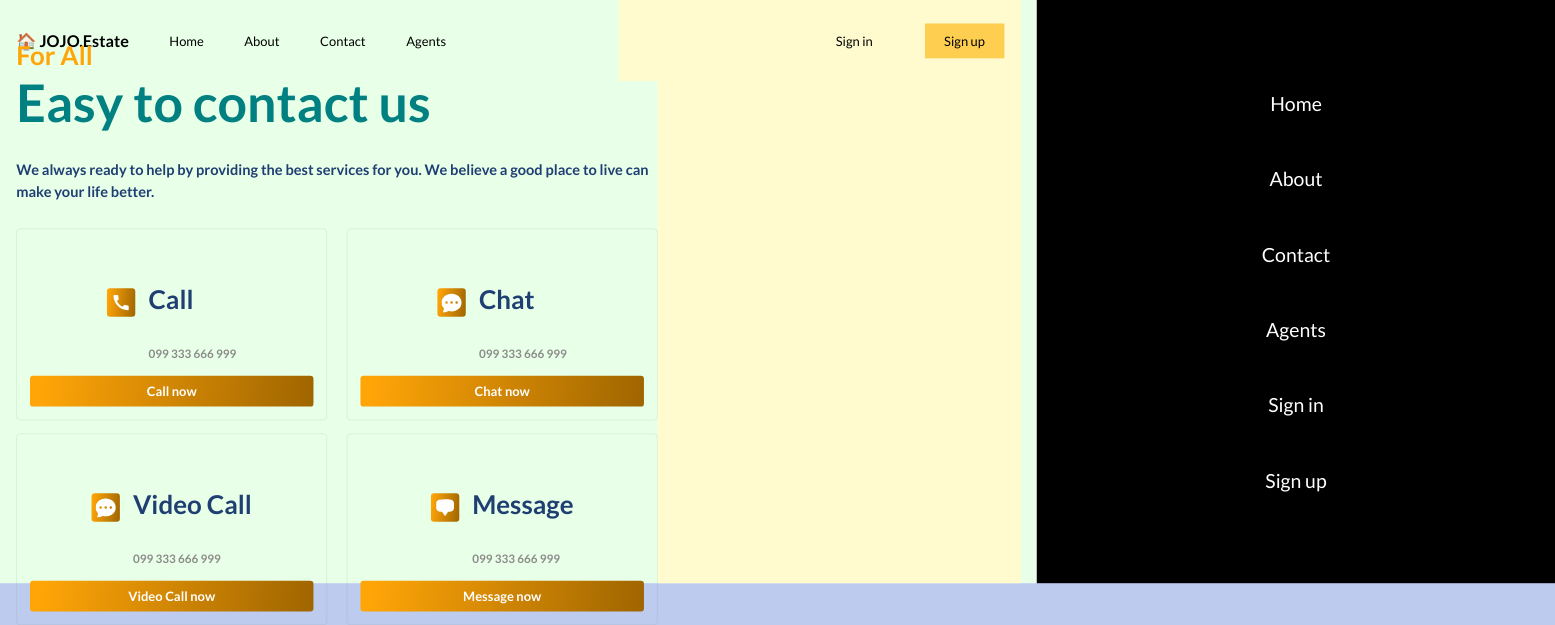
Repository: AiTrinh303/JOJO-estate
Page: /contact (app in client/)
These files come from the project's save history. The page is drawn as it stood at one moment and after the next save; the edit follows.
The browser window is 1280 px wide. The page is 1920 px wide, so the pictures cover 1920 px, including what lies to the right of the window. The pictures show the whole page, at 81% of full size.
The page's requests for data from a server got no answer. The project was rebuilt for these pictures with package versions that can differ from the ones it lists, and the page was loaded fresh each time. No one was signed in, and anything a server would have sent is missing. Also part of the build but not shown: client/vite.config.js, client/src/components/searchBar/searchBar.scss, client/src/components/searchBar/SearchBar.jsx, client/src/routes/homePage/homePage.scss, client/src/routes/homePage/homePage.jsx, client/src/routes/listPage/listPage.scss, client/src/components/filter/filter.scss, client/src/components/filter/Filter.jsx and 30 more. Imported but missing from the stored project, and not drawn on this page: client/src/components/uploadWidget/UploadWidget.

Above is the page before, as saved 2024-10-15 14:58:10.

After the next save:
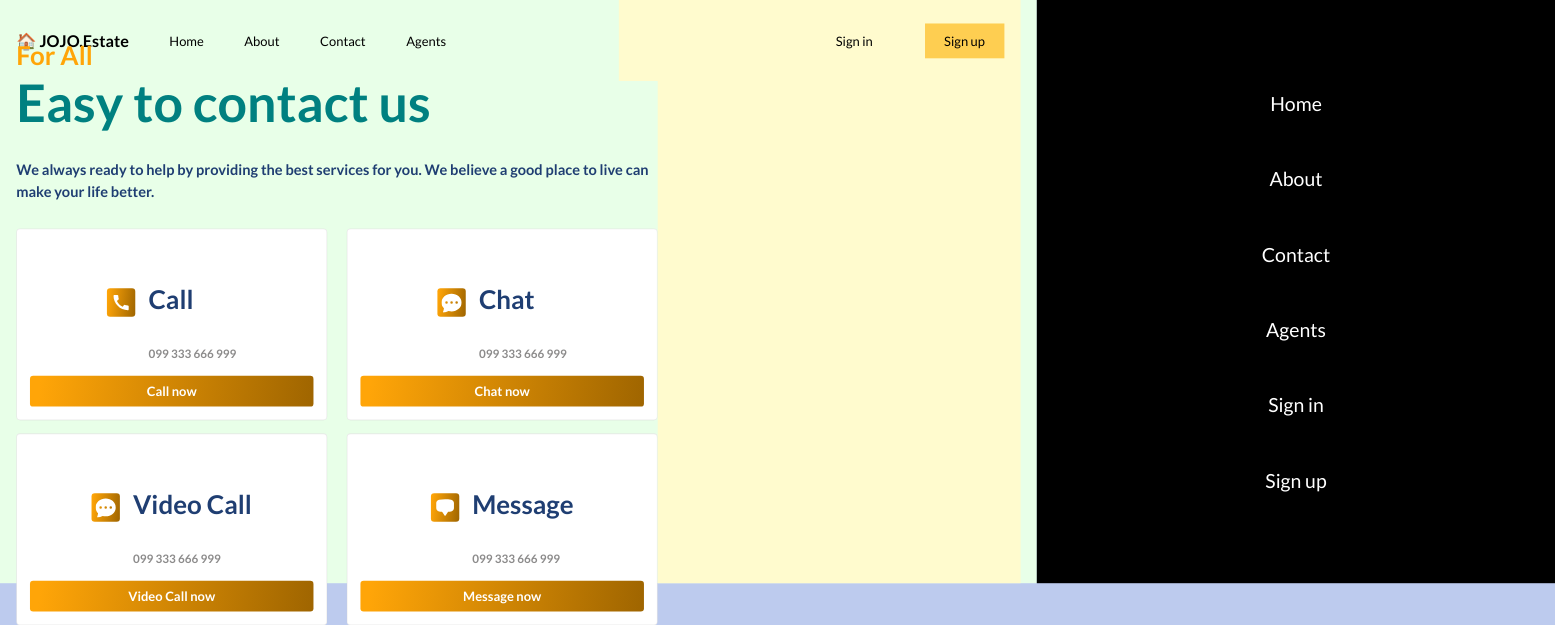
Saved 21 s later.
--- a/client/src/routes/contactPage/contactPage.scss
+++ b/client/src/routes/contactPage/contactPage.scss
@@ -54,6 +54,7 @@
                 border-radius: 5px;
                 gap: 1rem;
                 transition: all 300ms ease-in;
+                background: white;
                 .flexStart{
                     display: flex;
                     justify-content: flex-start;

After the save that followed:
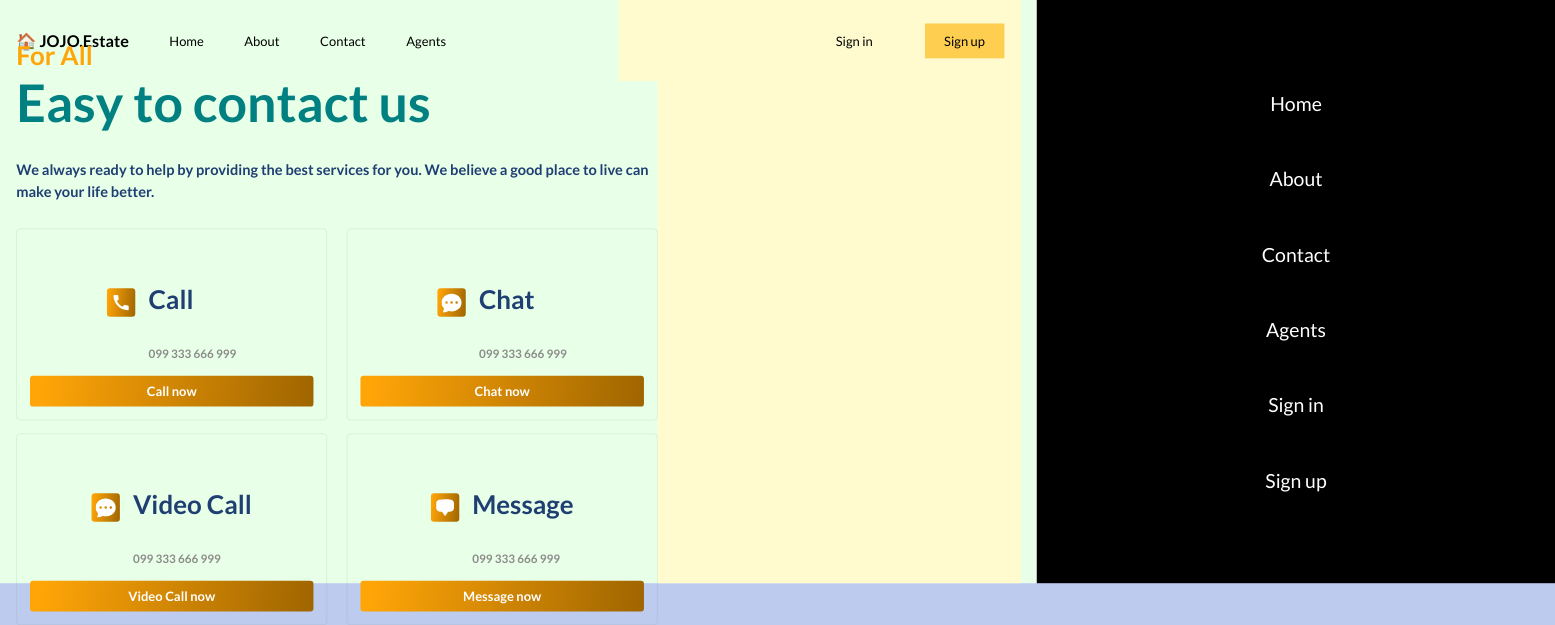
Saved 12 s later.
--- a/client/src/routes/contactPage/contactPage.scss
+++ b/client/src/routes/contactPage/contactPage.scss
@@ -54,7 +54,7 @@
                 border-radius: 5px;
                 gap: 1rem;
                 transition: all 300ms ease-in;
-                background: white;
+                background: FFFEF4;
                 .flexStart{
                     display: flex;
                     justify-content: flex-start;
